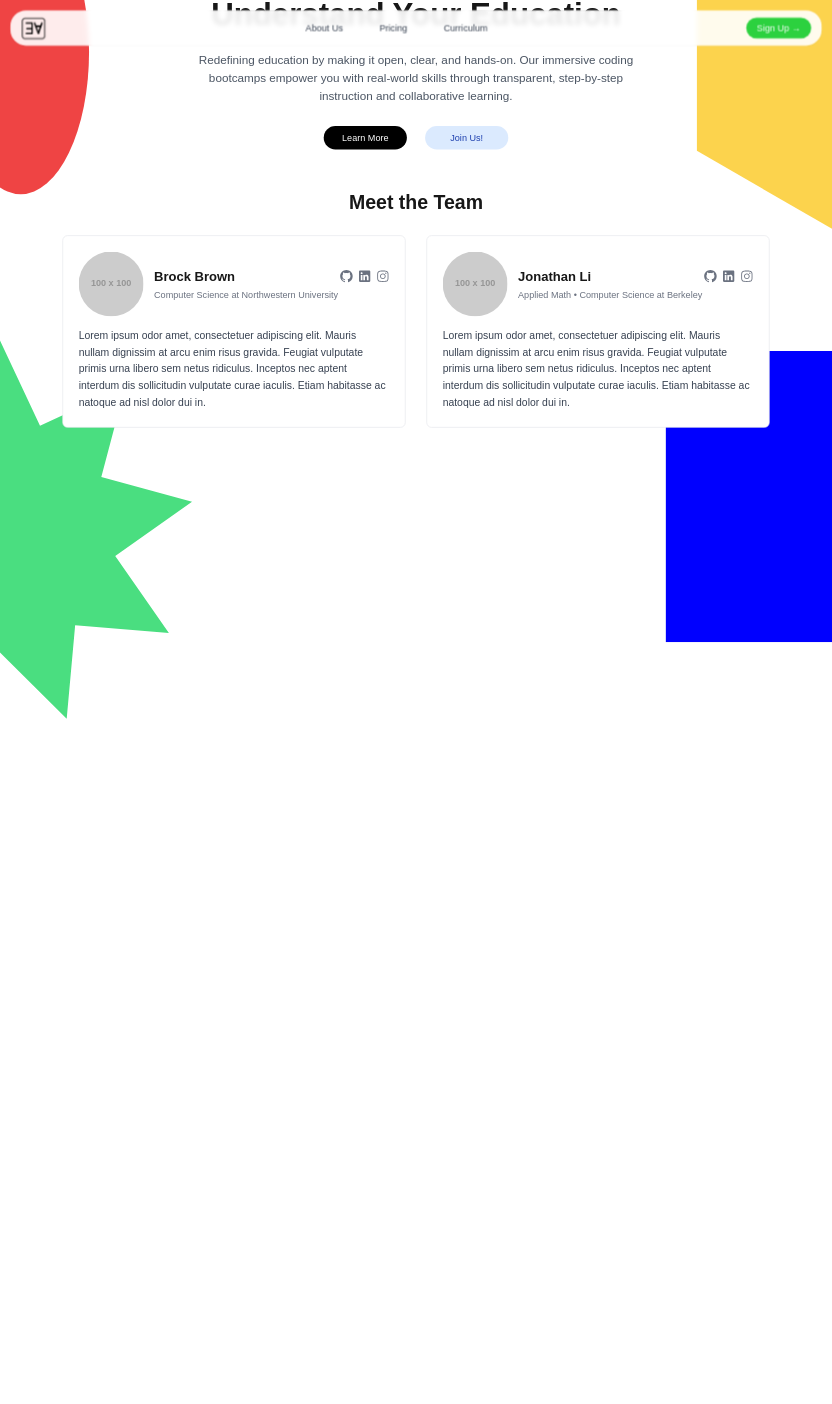
Repository: johnnyli-dev/bootcamp
Page: /
These files come from the project's save history. The page is drawn as it stood at one moment and after the next save; the edit follows.
The browser window is 1280 px wide. The pictures show the whole page, at 65% of full size.
The project was rebuilt for these pictures with package versions that can differ from the ones it lists, and the page was loaded fresh each time. The framework's server and built-in components were replaced by stand-ins that run in the browser. Also part of the build but not shown: next.config.ts.

Above is the page before, as saved 2025-02-22 16:16:43.

After the next save:
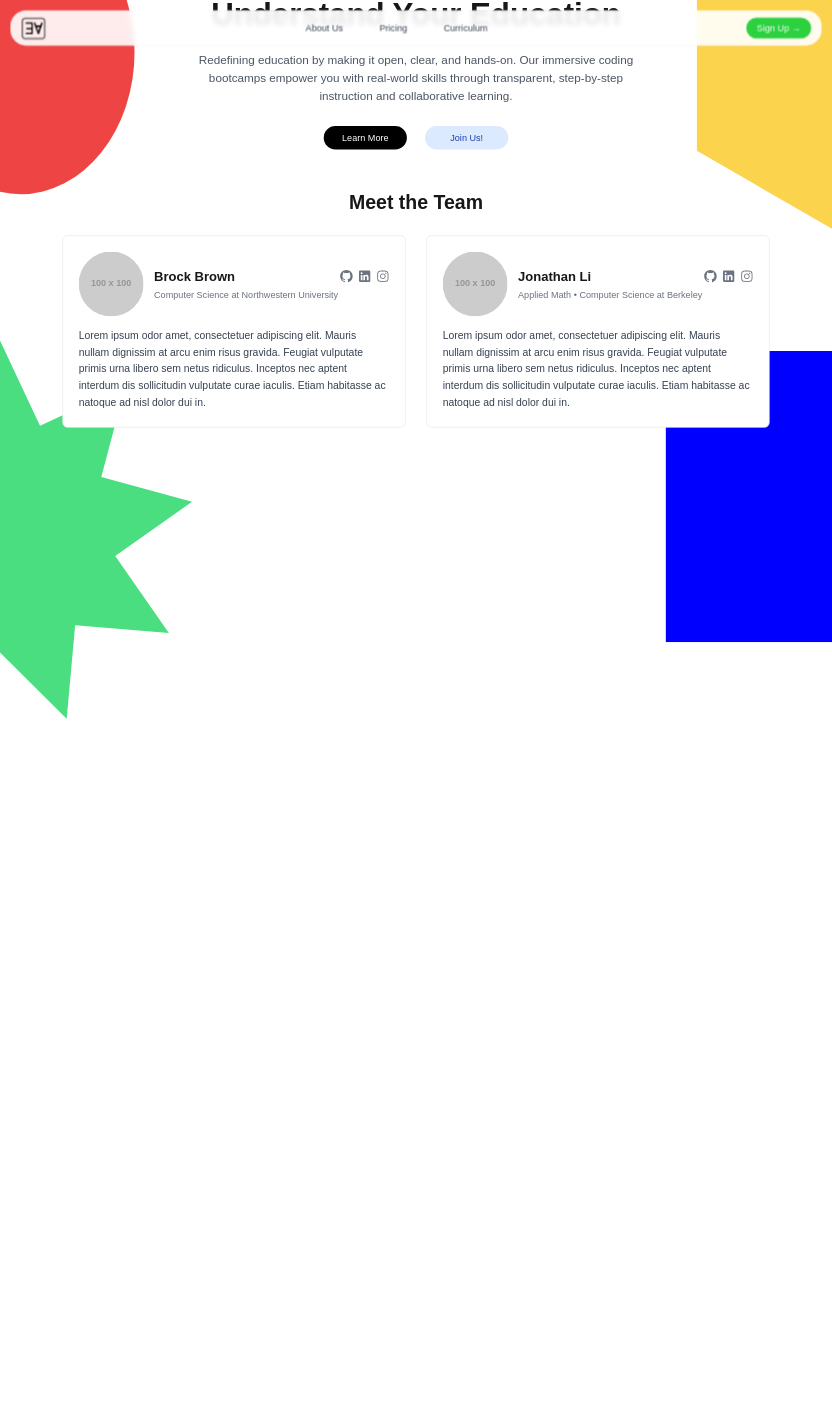
Saved 12 s later.
--- a/app/components/Shapes.tsx
+++ b/app/components/Shapes.tsx
@@ -13,7 +13,7 @@ export function RedCircle() {
 				MozTransform: `rotate(${rotation}deg)`,
 			}}
 		>
-			<ellipse cx="128" cy="128" rx="60" ry="125" fill="#EF4444" />
+			<ellipse cx="128" cy="128" rx="100" ry="125" fill="#EF4444" />
 		</svg>
 	);
 }
